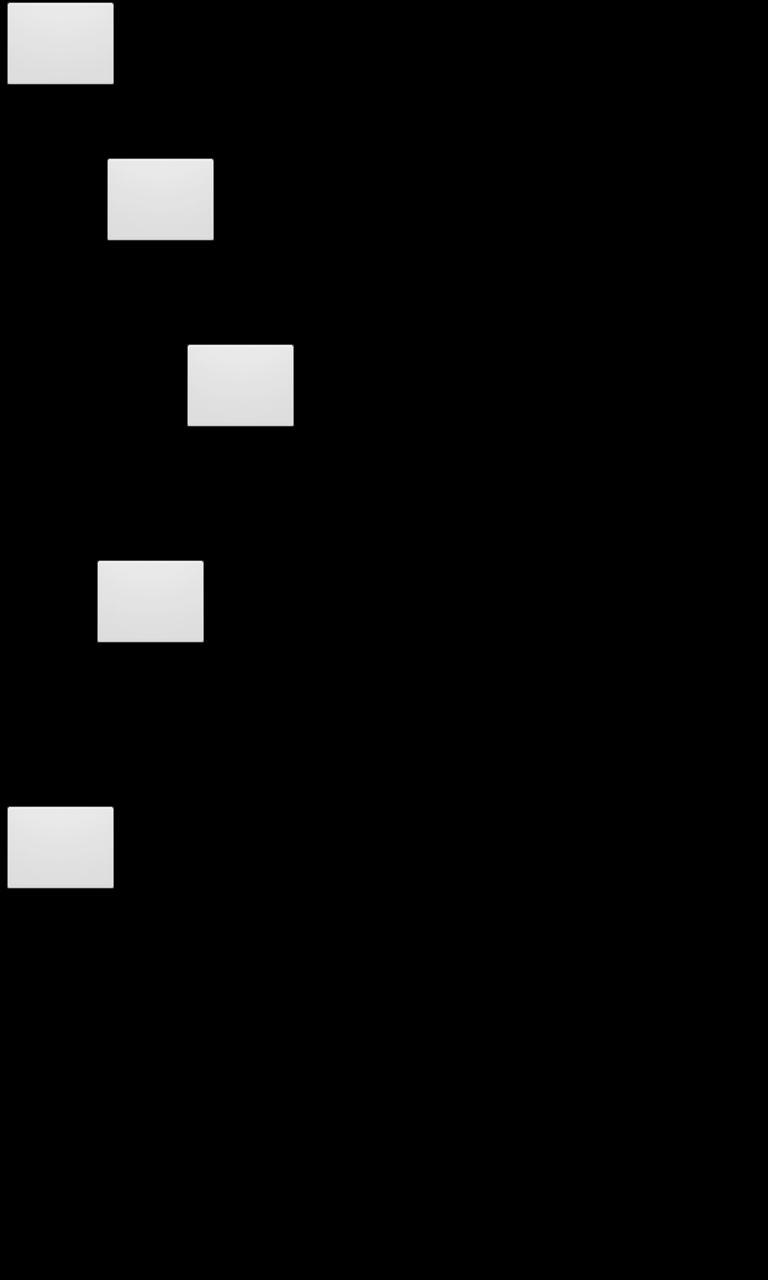
Repository: androportal/APL-apk
Layout: test/imagebuttons/res/layout/main.xml
The author's editor kept a copy of each file at every save. The layout is drawn from the files as they stood at one save, then again after the next save.
It is drawn on a 768 x 1280 px phone screen (xhdpi) without system bars, with theme android:Theme; the app's code is not run.

Above is the layout before, as saved 2012-05-21 18:09:51.

After the next save:
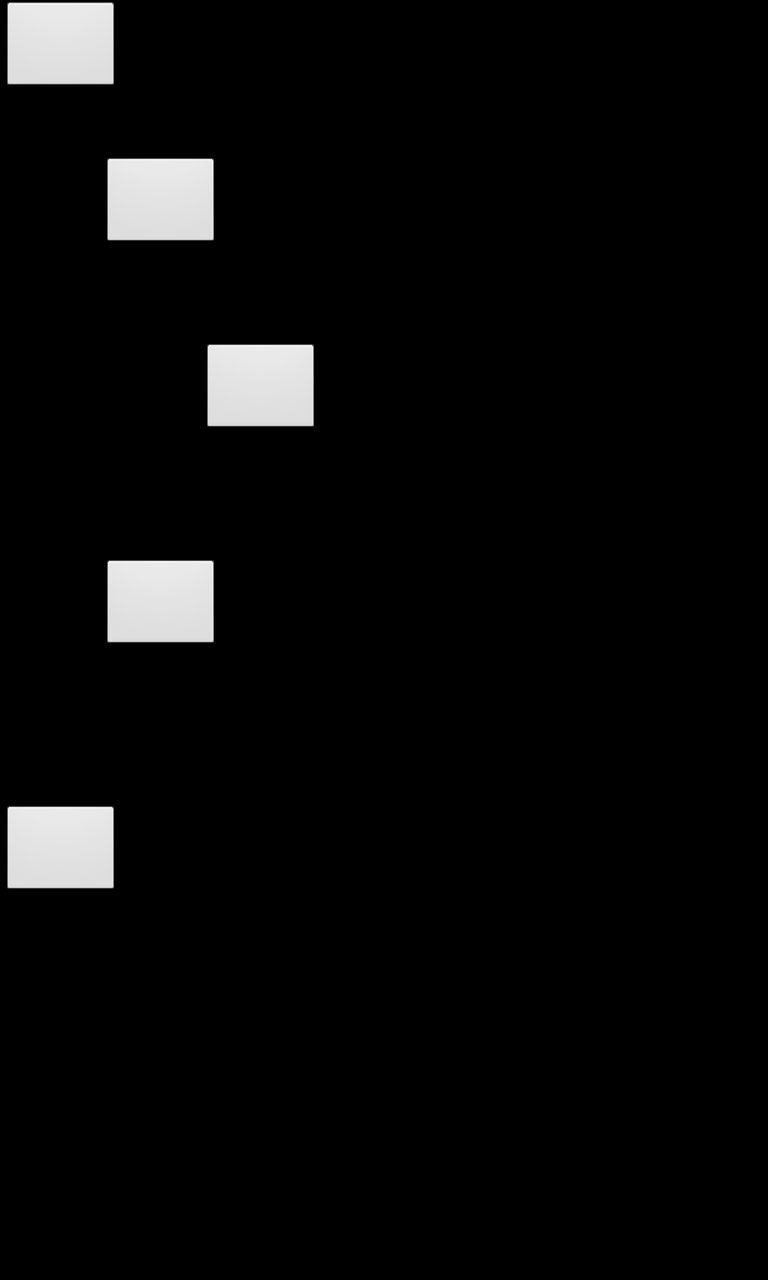
Saved 13 s later.
--- a/test/imagebuttons/res/layout/main.xml
+++ b/test/imagebuttons/res/layout/main.xml
@@ -27,7 +27,7 @@
         android:layout_width="61dp"
         android:layout_height="wrap_content"
         android:src="@drawable/i"
-         android:layout_marginLeft="90dp"
+         android:layout_marginLeft="100dp"
           android:layout_marginTop="45dp"/>
 
     <ImageButton
@@ -35,7 +35,7 @@
         android:layout_width="61dp"
         android:layout_height="wrap_content"
         android:src="@drawable/i"
-      android:layout_marginLeft="45dp"
+      android:layout_marginLeft="50dp"
        android:layout_marginTop="60dp"/>
 
     <ImageButton
